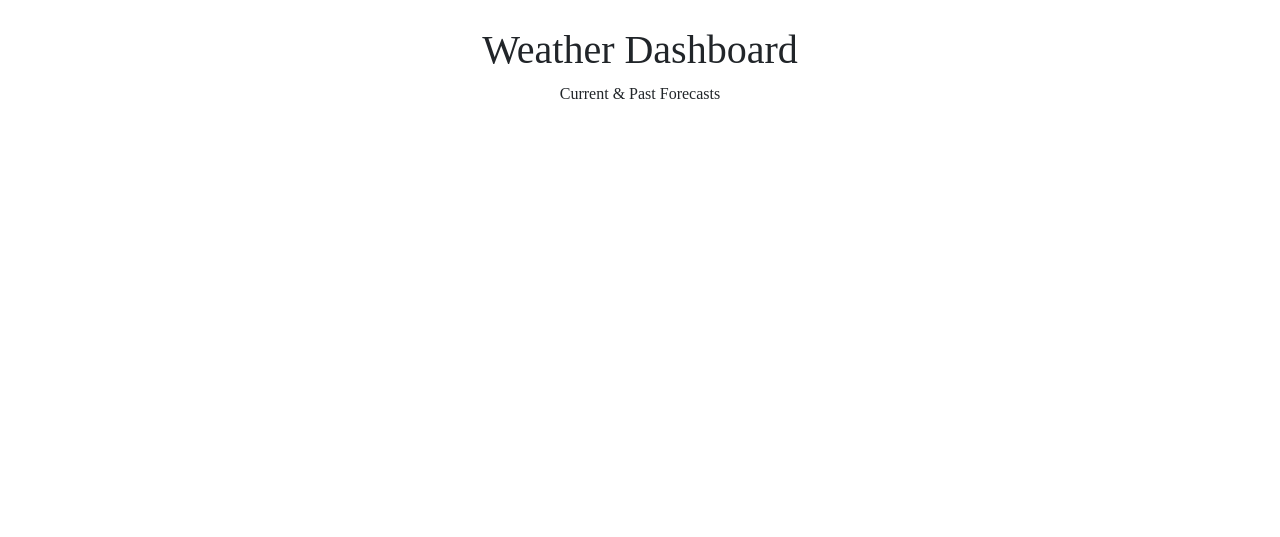
Repository: Llenrocc/Weather_API
Page: index.html
The author's editor kept a copy of each file at every save. The page is drawn from the files as they stood at one save, then again after the next save.
The browser window is 1280 px wide. The pictures show the whole page.
Some web fonts or font styles are not loaded; a fallback is used.

Above is the page before, as saved 2020-07-17 22:00:01.

After the next save:
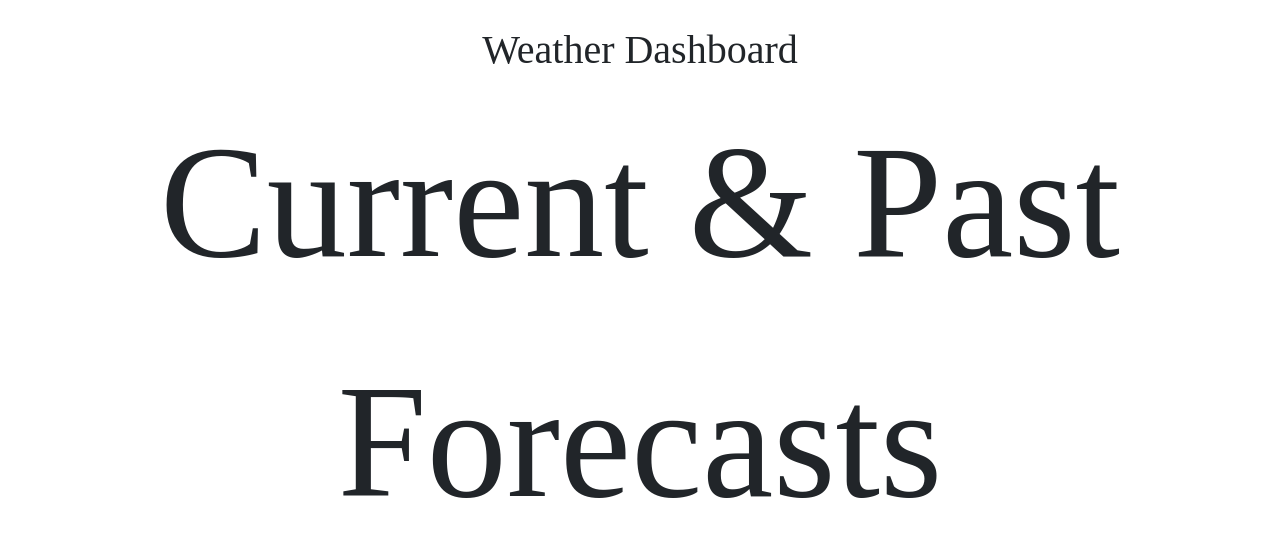
Saved 23 s later.
--- a/style.css
+++ b/style.css
@@ -2,4 +2,5 @@
     padding-top: 2%;
     text-align: center;
     font-family: 'Just Another Hand', cursive;
+    font-size: 10rem;
 }
